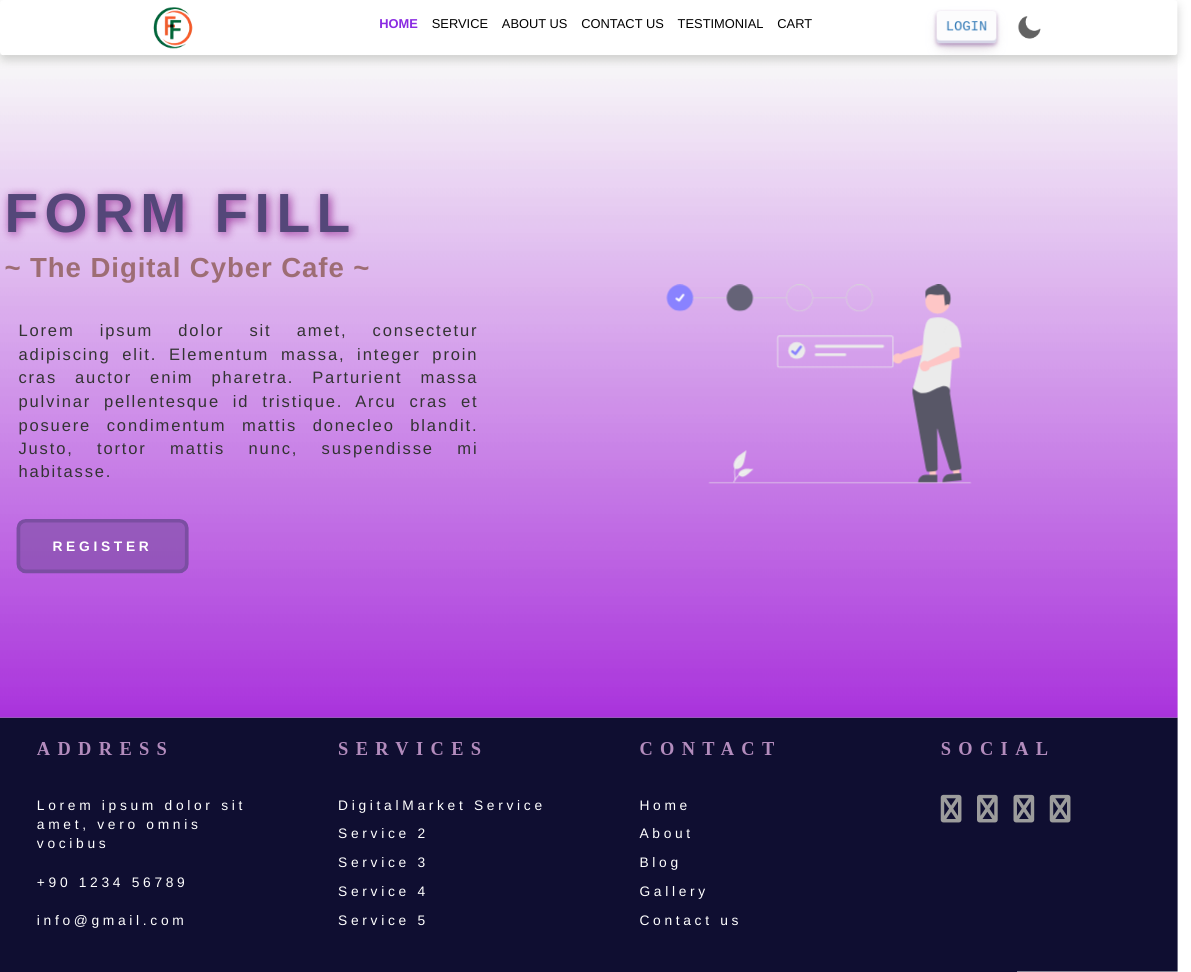
Repository: codervivek5/Formfil
Page: index.html
These files come from the project's save history. The page is drawn as it stood at one moment and after the next save; the edit follows.
The browser window is 1280 px wide. The page is 1295 px wide, so the pictures cover 1295 px, including what lies to the right of the window. The pictures show the whole page, at 92% of full size.
Some web fonts or font styles are not loaded; a fallback is used.

Above is the page before, as saved 2023-03-04 21:39:24.

### index.html
<!DOCTYPE html>
<html lang="en">

<head>
	<meta charset="UTF-8" />
	<meta http-equiv="X-UA-Compatible" content="IE=edge" />
	<meta name="viewport" content="width=device-width, initial-scale=1.0" />
	<title>Home-FormFil</title>
	<link rel="stylesheet" href="style/style.css" />
     <link rel="stylesheet" href="style/theme.css">

	<link rel="stylesheet" href="https://maxcdn.bootstrapcdn.com/bootstrap/3.4.1/css/bootstrap.min.css">
	<script src="https://ajax.googleapis.com/ajax/libs/jquery/3.6.0/jquery.min.js"></script>
     <script src="https://maxcdn.bootstrapcdn.com/bootstrap/3.4.1/js/bootstrap.min.js"></script>

	<link rel="stylesheet" href="https://fonts.googleapis.com/css?family=Trirong" />
	<link rel="icon" type="image/x-icon" href="./img/crop_logo.png" />
	<link rel="stylesheet" href="https://cdnjs.cloudflare.com/ajax/libs/font-awesome/6.2.1/css/all.min.css">
</head>

<body>

    <div class="loader">
          <img class= "imgload" src="img/logo.png"  alt="">
     </div>

     <header class="navbar">
      <a href="index.html"><img class="logo" src="img/logo.png" width="100px" height="100px" /></a>

      <div class="navbar-opt">
        <ul class="navbar-list">
          <li><a href="index.html" class="nav-link active">HOME</a></li>
          <li><a href="pages/service.html" class="nav-link">SERVICE </a></li>
          <li><a href="pages/about_us.html" class="nav-link">ABOUT US </a></li>
          <li><a href="pages/contact-us.html" class="nav-link">CONTACT US </a></li>
          <li><a href="pages/testimonial.html" class="nav-link">TESTIMONIAL</a></li>
          <li><a href="pages/cart.html" class="nav-link">CART</a></li>
        </ul>
      </div>

      <div class="fixed-buttons">
        <button><a href="pages/login.html" class="lgn">LOGIN</a></button>
        <img src="img/moon.png" id="icon">
      </div>

      <div class="mobile-menu">
        <ion-icon name="menu-outline" class="menu-icon"></ion-icon>
        <ion-icon name="close-outline" class="menu-icon"></ion-icon>
      </div>

     </header>

	<div class="main">

		<div class="container">
			<div class="content animated fadeInLeft">
				<h1>FORM FILL</h1>
				<h2>~ The Digital Cyber Cafe ~</h2>
				<p class="para">
					Lorem ipsum dolor sit amet, consectetur adipiscing elit.
          Elementum massa, integer proin cras auctor enim pharetra.
					Parturient massa pulvinar pellentesque id tristique.
          Arcu cras et posuere condimentum mattis donecleo blandit.
          Justo, tortor mattis nunc, suspendisse mi habitasse.
				</p>
				<div class="btn">
					<a href="pages/signup.html"> <button class="btn1 button">REGISTER</button></a>
				</div>
			</div>
			<div class="shipp animated fadeInRight">
				<img src="img/svg.svg" />
        <!-- <img src="img/formfilSvg.svg" /> -->
			</div>
		</div>
	</div>

<!-- footer section -->
<footer>
    <div>
        <div class="row">
            <div class="col-lg-3 col-md-5 col-sm-4 col-xs-12">
                <ul class="adress">
                     <span>Address</span>
                     <li>
                        <p>Lorem ipsum dolor sit amet, vero omnis vocibus</p>
                      </li>

                      <li>
                        <p>+90 1234 56789</p>
                      </li>

                      <li>
                        <p>info@gmail.com</p>
                      </li>
                 </ul>
            </div>
            <div class="col-lg-3 col-md-5 col-sm-4 col-xs-12">
               <ul class="service">
                    <span>Services</span>
                    <li>
                       <a href="#">DigitalMarket Service</a>
                     </li>

                     <li>
                        <a href="#">Service 2</a>
                     </li>

                     <li>
                       <a href="#">Service 3</a>
                     </li>

                     <li>
                        <a href="#">Service 4 </a>
                     </li>

                     <li>
                       <a href="#">Service 5</a>
                    </li>
               </ul>
           </div>
            <div class="col-lg-3 col-md-3 col-sm-4 col-xs-12">
                <ul class="contact">
                     <span>Contact</span>
                     <li>
                        <a href="index.html">Home</a>
                      </li>

                      <li>
                         <a href="pages/about_us.html">About</a>
                      </li>

                      <li>
                        <a href="#">Blog</a>
                      </li>

                      <li>
                         <a href="#">Gallery </a>
                      </li>

                      <li>
                        <a href="pages/contact-us.html">Contact us</a>
                     </li>
                </ul>
            </div>

            <div class="col-lg-3 col-md-3 col-sm-4 col-xs-12">
               <ul class="social">
                    <span>Social</span>
                    <li>
                         <a href="https://www.facebook.com/codervivek"  target="_blank"><i class="fa fa-facebook fa-2x"></i></a>
                    </li>

                    <li>
                         <a href="https://github.com/codervivek5" target="_blank"><i class="fa fa-github fa-2x"></i></a>
                    </li>

                    <li>
                         <a href="https://www.linkedin.com/in/codervivek/" target="_blank"><i class="fa fa-linkedin fa-2x"></i></a>
                    </li>

                    <li>
                         <a href="https://twitter.com/codervivek5" target="_blank"><i class="fa fa-twitter fa-2x"></i></a>
                    </li>

                    <li>
                         <a href="https://www.youtube.com/codervivek" target="_blank"><i class="fa fa-youtube-play fa-2x"></i></a>
                   </li>
                  </ul>
            </div>
       </div>
    </div>
    <button class="back-to-top hidden">
     <svg
     xmlns="http://www.w3.org/2000/svg"
     class="back-to-top-icon"
     fill="none"
     viewBox="0 0 24 24"
     stroke="currentColor"
   >
     <path
       stroke-linecap="round"
       stroke-linejoin="round"
       stroke-width="2"
       d="M7 11l5-5m0 0l5 5m-5-5v12"
     />
   </svg></button>
</footer>


<script>

     // Javascript Code for Dark Mode Switch
	var icon = document.getElementById("icon");
	icon.onclick = function(){
		document.body.classList.toggle("dark-mode");
		if (document.body.classList.contains("dark-mode")){
			icon.src="img/sun.png";
		}
		else {
			icon.src="img/moon.png";
		}
	}
  //javascript for loader
  $(document).ready(function() {
      // Animate loader off screen
   setTimeout(function() {
    $(".loader").fadeOut("slow");
   }, 0);
  });
      // Javascript Code for Scroll to top Button
      const showOnPx = 100;
      const backToTopButton = document.querySelector(".back-to-top")

     const scrollContainer = () => {
       return document.documentElement || document.body;
      };

 document.addEventListener("scroll", () => {
   if (scrollContainer().scrollTop > showOnPx) {
     backToTopButton.classList.remove("hidden")
   } else {
     backToTopButton.classList.add("hidden")
   }
 })
 const goToTop = () => {
   document.body.scrollIntoView({
     behavior: "smooth",
   });
 };
 backToTopButton.addEventListener("click", goToTop);

 const mobile_nav= document.querySelector('.mobile-menu');
const nav_header= document.querySelector(".navbar");

const toggleNav = () =>{
  nav_header.classList.toggle("switchOn");
}

mobile_nav.addEventListener('click', () => toggleNav());

</script>
<script type="module" src="https://unpkg.com/ionicons@5.5.2/dist/ionicons/ionicons.esm.js"></script>
<script nomodule src="https://unpkg.com/ionicons@5.5.2/dist/ionicons/ionicons.js"></script>
</body>
</html>

### style/style.css
@import url('https://fonts.googleapis.com/css2?family=Tilt+Prism&display=swap');

body{
	margin:0;
	padding:0;
	background:black;
font-family: 'Times New Roman', Times, serif;
overflow-x: hidden;
}
.main{
	position: relative;
	height:100%;
	width:100%;
	background-position: center;
	background-repeat: no-repeat;
	background-size: cover;
	/* opacity: 0.8; */

}
.navbar{
    padding: 0 !important;
    padding: 0 3rem;
    height: 6rem;
    display: flex;
    justify-content: space-between;
    align-items: center;
    margin-bottom: 0 !important;
    box-shadow: 0px 5px 10px #48464640 !important;
    z-index: 999;
}

.navbar-opt{
    transition: all 0.5s;
  }

  .navbar-list{
    display: flex;
    gap: 1.5rem;
    list-style: none;
  }

  .fixed-buttons{
    display: flex;
    justify-content: center;
    align-items: center;
    column-gap: 1rem;
  }

  .active{
    font-weight: 700 !important;
  }

  .nav-link:link,
.nav-link:visited {
  display: inline-block;
  text-decoration: none;
  color: black;
}

.mobile-menu{
  display: none;
  background: transparent;
  cursor: pointer;
}

.menu-icon{
  width: 3.2rem;
  height: 3.2rem;
  z-index: 1000;
}

.menu-icon[name="close-outline"]{
  display: none;
}

.fixed-buttons button{
  align-items: center;
  appearance: none;
  background-color: #FCFCFD;
  border-radius: 4px;
  border-width: 0;
  box-shadow: #7b378e7b 0 2px 4px,#c1b6c4a8 0 7px 13px -3px,#D6D6E7 0 -3px 0 inset;
  box-sizing: border-box;
  color: #36395A;
  cursor: pointer;
  display: inline-flex;
  font-family: "JetBrains Mono",monospace;
  height: 3.5rem;
  justify-content: center;
  line-height: 1;
  list-style: none;
  overflow: hidden;
  padding-left: 1rem;
  padding-right: 1rem;
  position: relative;
  text-align: left;
  text-decoration: none;
  transition: box-shadow .15s,transform .15s;
  user-select: none;
  -webkit-user-select: none;
  touch-action: manipulation;
  white-space: nowrap;
  will-change: box-shadow,transform;
  font-size: 1.5rem;
}

.fixed-buttons button:focus {
    box-shadow: #D6D6E7 0 0 0 1.5px inset, rgba(45, 35, 66, 0.4) 0 2px 4px, rgba(45, 35, 66, 0.3) 0 7px 13px -3px, #D6D6E7 0 -3px 0 inset;
  }

  .fixed-buttons button:hover {
    box-shadow: rgba(45, 35, 66, 0.4) 0 4px 8px, rgba(45, 35, 66, 0.3) 0 7px 13px -3px, #D6D6E7 0 -3px 0 inset;
    transform: translateY(-2px);
  }

  .fixed-buttons button:active {
    box-shadow: #D6D6E7 0 3px 7px inset;
    transform: translateY(2px);
  }

@media (max-width:1220px){
    .navbar-list{
      gap: 0.3rem;
    }
  }

  @media (max-width:1030px){
    .mobile-menu{
      display: block;
    }

    .navbar{
      padding: 0 1rem;
      position: relative;
    }

    .navbar-opt{
      width: 100vw;
      height: 100vh;
      background-color: #484646dd;
      position: absolute;
      top: 0;
      left: 0;
      display: flex;
      justify-content: center;
      /* transform: translateY(100%); */
      transition: all 0.5s linear;
      opacity: 0;
      visibility: hidden;
      pointer-events: none;
    }

    .navbar-list{
      flex-direction: column;
      align-items: center;
      justify-content: center;
      font-size: 1.7rem;
      font-weight: 500;
    }

    .switchOn .navbar-opt{
      opacity: 1;
      visibility: visible;
      pointer-events: auto;
    }

    .switchOn .mobile-menu .menu-icon[name="close-outline"]{
      display: block;
    }

    .switchOn .mobile-menu .menu-icon[name="menu-outline"]{
      display: none;
    }

  }

  .nav-link:hover{
    color: grey !important;
  }

    /* ____________________________________________________________________________________________________________ */

.container{
    display: flex;
    justify-content: space-between;
    align-items: center;
    position: relative;
    top: 20vh;
    padding: 0px 25px;
}
.shipp{
  padding-left: 50px;
}
.shipp img{
    width: 60vh;
}
.content{
  display: flex;
  flex-direction: column;
  margin-left: -110px;
}
.content h1{
    color: #2a1958;
    text-shadow: 2px 2px 10px purple;
    font-size: 6rem;
    letter-spacing: 7px;
    margin-top: -5px;
    font-weight: bold;
}
.content h2{
  color: rgba(0, 0, 0, 0.87);
	width:100%;
  font-weight: bold;
  margin-top: -1px;
  letter-spacing: 1px;
}
.content .para{
  color: black;
	width:100%;
  text-align: justify;
  font-size: 18px;
  margin-top: 30px;
  padding-left: 60px;
  letter-spacing: 2px;
  font-weight: 500;

}
.content .btn{
  text-align: left;
  margin-left: 45px;
  margin-top: 20px;
}
.content button{
    padding: 15px 35px;
    border-radius: 10px;
    border: none;
    background-color: rgba(90, 34, 139,0.6) !important;
    border: 4px solid rgba(90, 34, 139);
    color: white !important;
    font-weight: bold !important;
    letter-spacing: 4px;
    font-size: 15px !important;
    transition: transform .2s;
}
.btn1:hover{
  transform: scale(1.15);
  background-color: rgba(90, 34, 139,0.2) !important;
  color: white !important;
}

@media only screen and (max-width: 1300px){
    .shipp img{
      width: 50vw;
      height: 30vh;
  }
  }

  @media only screen and (max-width: 500px){
    .container{
      display: flex;
      flex-direction: column;
      padding: 0 !important;
      margin: 0 !important;
    }
    .content{
      width: 100vw;
      display: flex;
      flex-direction: column;
      justify-content: center;
      align-items: center;
      padding: 0 !important;
      margin: 0 !important;
    }
    .shipp img{
      width: 50vw;
      height: 40vh;
  }
  .content h1{
    font-size: 3rem;
  }
  .content h2{
    font-size: 2rem;
  }
  .content .para{
    font-size: 1.5rem;
  }
  }
/* footer */
footer{
     background-color: #0f0e31;
     padding:20px 0px;
     z-index: 1;
}

footer ul li{
    padding:5px 0px;
}

.adress span , .contact span , .social span, .service span{
   color: #FFF;
   font-weight: 800;
   padding-bottom: 10px;
   margin-bottom: 20px;
   display: block;
   text-transform: uppercase;
   font-size: 20px;
   letter-spacing: 3px;
}

.adress li p , .contact li a , .social li a, .service li a{
    color:#FFF;
    letter-spacing: 2px;
    text-decoration:none;
    font-size:15px;
    font-style: sans-serif;
}

.social li{
    float:left;
}

.adress , .contact , .social , .service{
    list-style: none;
}

.fa{
    color:#9c9c9c;
    margin-right: 15px;
    font-size:24px;
}
.service span{
    letter-spacing: 8px;
    font-family:'Tilt Prism', cursive;
    color:rgb(179,140,189);
}
.contact span{
    letter-spacing: 8px;
    font-family: 'Tilt Prism', cursive;
    color:rgb(179,140,189);

}
.adress span{
    letter-spacing: 8px;
    font-family:'Tilt Prism', cursive;
    color:rgb(179,140,189);
}
.social span{
    letter-spacing: 8px;
    font-family:'Tilt Prism', cursive;
    color:rgb(179,140,189);
}
.service a{
    letter-spacing: 4px !important;
    position: relative;
    transition: all 0.5s ease;
    -webkit-transition: all 0.5s ease;
}
.service a:hover {
    color: rgb(137,130,255) !important;
    transition: all 1s ease;
    -webkit-transition: all 1s ease;
}

 .service a:before, .service a:after {
  content: '';
  position: absolute;
  width: 0%;
  height: 1px;
  bottom: -1px;
  background:rgb(204,214,246);
}

.imgload{
	height: 25%;
	width: 15%;

}
.loader{
    position: fixed;
    z-index: 1;
    top: 0;
    left: 0;
    background: #7b378ec4;
    height: 100%;
    width: 100%;
    display: flex;
    justify-content: center;
    align-items: center;
  }

  .loader.hidden{
    animation: fadeOut 2s forwards;
  }
  @keyframes fadeOut {
    100%{
      opacity: 100%;
      visibility: hidden;
    }
  }



.adress p{
    letter-spacing: 4px !important;
    position: relative;
    transition: all 0.5s ease;
    -webkit-transition: all 0.5s ease;
}
.adress p:hover {
    color: rgb(14, 214, 3) !important;
    transition: all 1s ease;
    -webkit-transition: all 1s ease;
}
.contact a{
    letter-spacing: 4px !important;
    position: relative;
    transition: all 0.5s ease;
    -webkit-transition: all 0.5s ease;
}
.contact a:hover {
    color: rgb(212, 1, 227) !important;
    transition: all 1s ease;
    -webkit-transition: all 1s ease;
}
.social i{
    position: relative;
}
.social i:hover {
    color: rgb(15, 3, 252) !important;
    transition: all 1s ease;
    -webkit-transition: all 1s ease;
}
.back-to-top {
    position: fixed;
    right: 2rem;
    bottom: 2rem;
}
.hidden {
    display: none;
        opacity: 0%;

  }
.back-to-top {
    position: fixed;
    right: 2rem;
    bottom: 2rem;
    border-radius: 100%;
    background: gray;
    padding: 1.5rem;
    border: none;
    cursor: pointer;
    opacity: 100%;
    transition: opacity 0.5s;
  }
  .back-to-top-icon {
    width: 2rem;
    height: 2rem;
    color: white;
  }
  .back-to-top:hover {
    opacity: 60%;
  }

.footerpart{
	text-align: center;
}
.animated {
  -webkit-animation-duration: 5s;
  animation-duration: 5s;
  -webkit-animation-fill-mode: both;
  animation-fill-mode: both;
}

@-webkit-keyframes fadeInLeft {
  0% {
     opacity: 0;
     -webkit-transform: translateX(-100px);
  }
  100% {
     opacity: 1;
     -webkit-transform: translateX(0);
  }
}
.fadeInLeft {
  -webkit-animation-name: fadeInLeft;
  animation-name: fadeInLeft;
}


@-webkit-keyframes fadeInRight {
  0% {
     opacity: 0;
     -webkit-transform: translateX(100px);
  }
  100% {
     opacity: 1;
     -webkit-transform: translateX(0);
  }
}

.fadeInRight {
  -webkit-animation-name: fadeInRight;
  animation-name: fadeInRight;
}



    /* ____________________________________________________________________________________________________________ */

### style/theme.css
:root{
	--color--main: linear-gradient(rgba(244, 245, 243, 0.712),rgb(148,0,211));
	--color--footer: rgb(119, 5, 100);
	--color--h1: #2a1958;
	--color--h2: rgba(122, 60, 60, 0.87);
	--color--p: black;
	--color--btn: #2a1958;
	--color--nav: black;
	--color--nav_before:#2a1958;
	--color--customnav: white;
}
.dark-mode{
	--color--main: linear-gradient(#4b075ac4,rgba(28, 1, 41, 0.712));
	--color--footer: rgb(65, 3, 55);
	--color--h1: rgb(255, 255, 255);
	--color--h2: rgb(233, 233, 233);
	--color--p: white;
	--color--btn: #130735;
	--color--nav: rgb(215, 244, 248);
	--color--nav_before:rgb(215, 244, 248);
	--color--customnav: rgb(174, 147, 180);
}
#icon{
	width: 30px;
	cursor: pointer;
	margin: 10px;
}
.main{
	position: relative;
	height:100vh;
	width:100%;
	background:var(--color--main);
	background-position: center;
	background-repeat: no-repeat;
	background-size: cover;
	opacity: 0.8;
}
.navbar{
	background-color: var(--color--customnav);
}

.nav-link{
	color: var(--color--p) !important;
}

.active{
	color: blueviolet !important;
}
.content h1{
    color:var(--color--h1);
margin-left: 8%;
}
.content h2{
    color: var(--color--h2);
    margin-left: 8%;
}
.content .para{
    color: var(--color--p);
}
.content .btn1 {
    background-color: var(--color--btn);
    color:honeydew;

}
.footer{
	background-color:var(--color--footer);
	display: block;
	justify-content: center;
	align-items: center;
	width: 100%;
	height: 40vh;

}

After the next save:
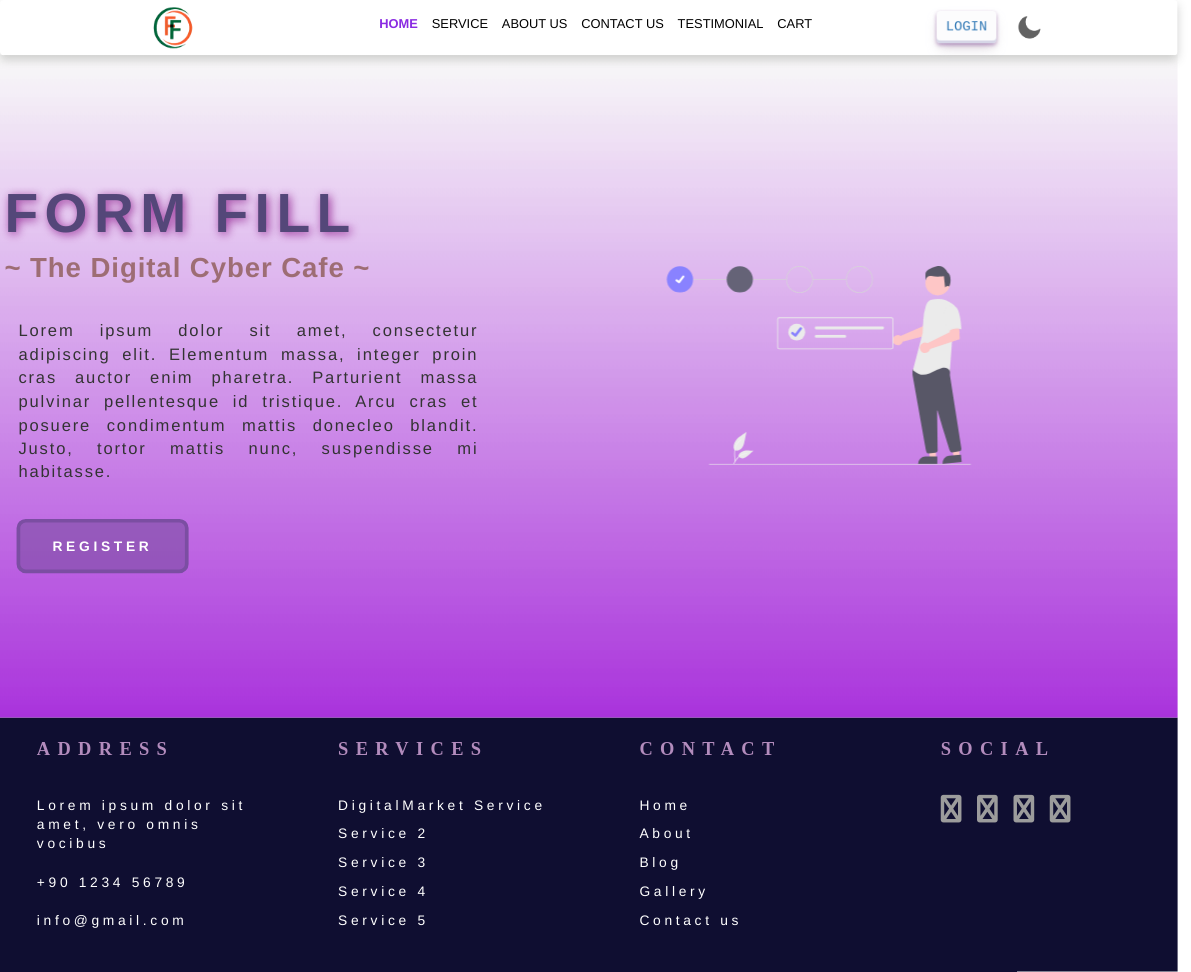
Saved 105 s later.
--- a/style/style.css
+++ b/style/style.css
@@ -189,6 +189,7 @@ overflow-x: hidden;
     padding: 0px 25px;
 }
 .shipp{
+  margin-top: -40px;
   padding-left: 50px;
 }
 .shipp img{
